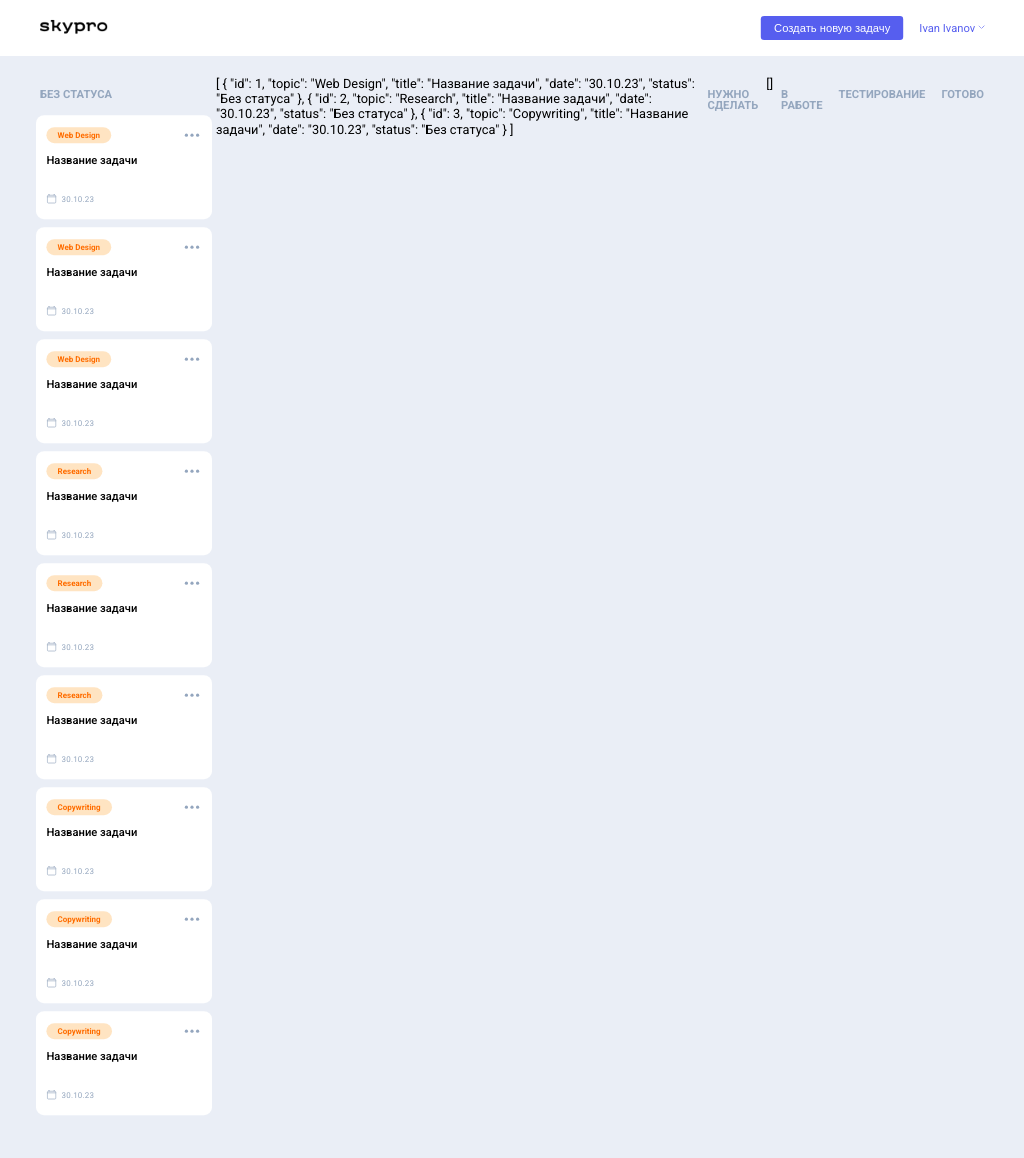
Repository: Olchik-resh/skypro-kanban
Page: /
These files come from the project's save history. The page is drawn as it stood at one moment and after the next save; the edit follows.
The browser window is 1280 px wide. The pictures show the whole page, at 80% of full size.
The project was rebuilt for these pictures with package versions that can differ from the ones it lists, and the page was loaded fresh each time. Also part of the build but not shown: vite.config.js.

Above is the page before, as saved 2025-07-27 14:19:27.

After the next save:
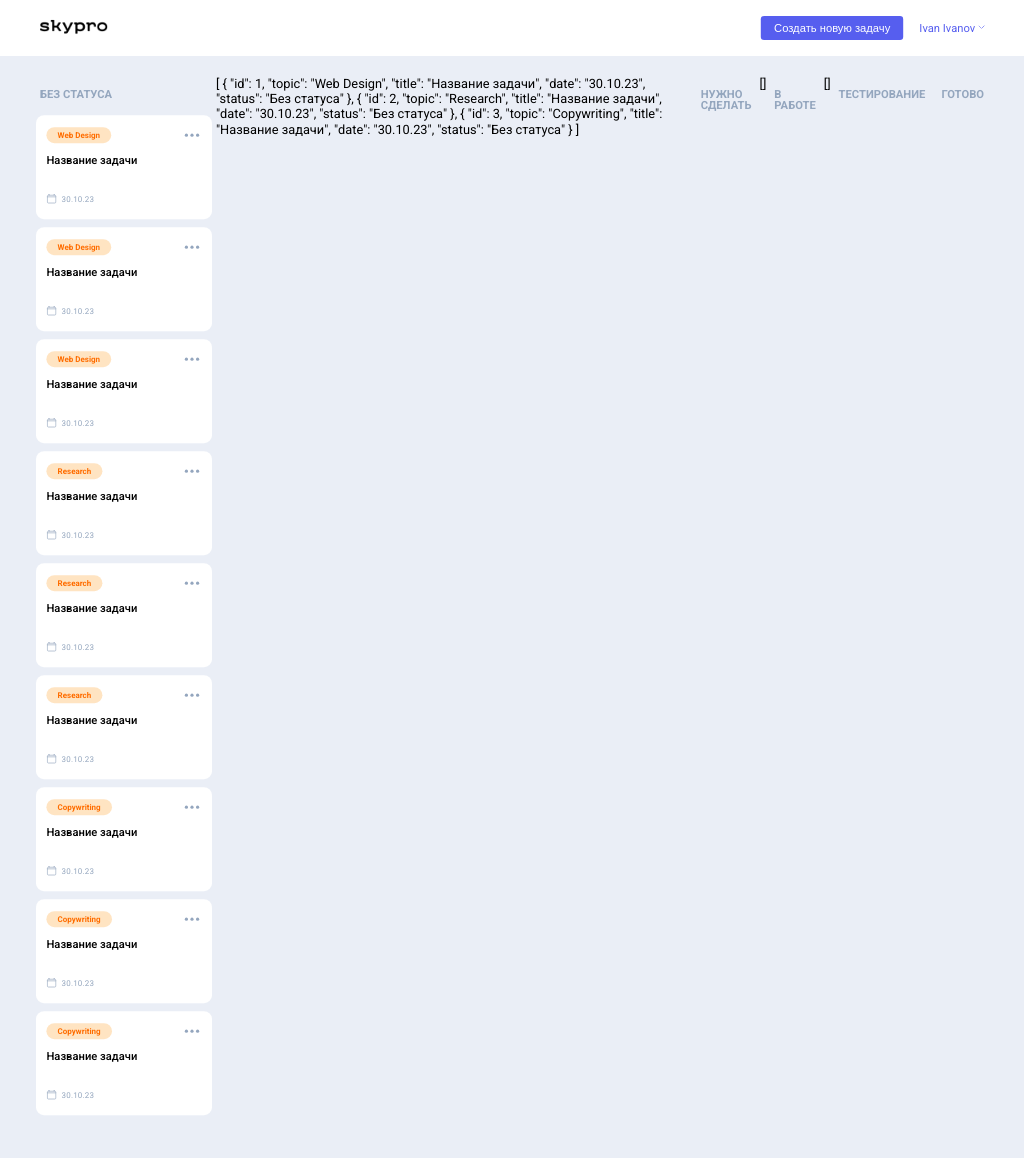
Saved 65 s later.
--- a/src/components/TaskDesk.vue
+++ b/src/components/TaskDesk.vue
@@ -8,6 +8,7 @@
           <TaskColumn :tasks="doStatusTask" title="Нужно сделать" />
           {{ doStatusTask }}
           <TaskColumn :tasks="workStatusTask" title="В работе" />
+          {{ workStatusTask }}
           <TaskColumn :tasks="testStatusTask" title="Тестирование" />
           <TaskColumn :tasks="readyStatusTask" title="Готово" />
         </div>
